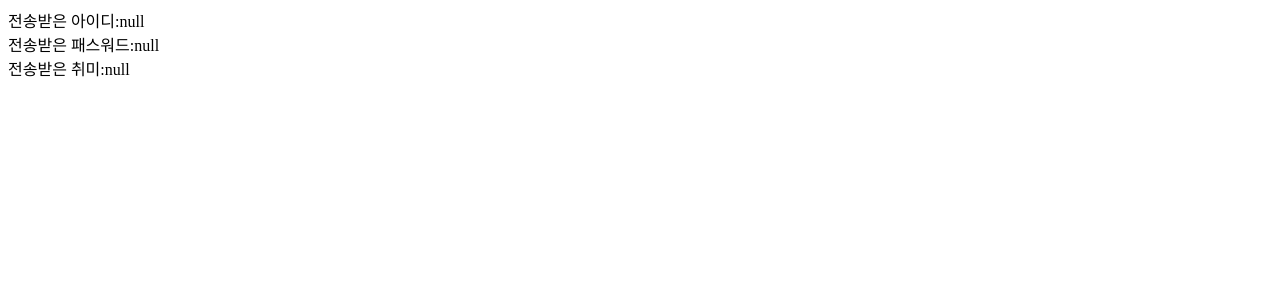
Repository: djdh94/jsp_practice
Page: http://localhost/JSPBasic/jspObject/1.requests/req_param_getpost.jsp
An editor plug-in stored every save of this project. The page is shown before and after the next save, followed by the edit.
The browser window is 1280 px wide. The pictures show the whole page.
The page is served by Tomcat 9.

Above is the page before, as saved 2022-02-03 09:03:22.

After the next save:
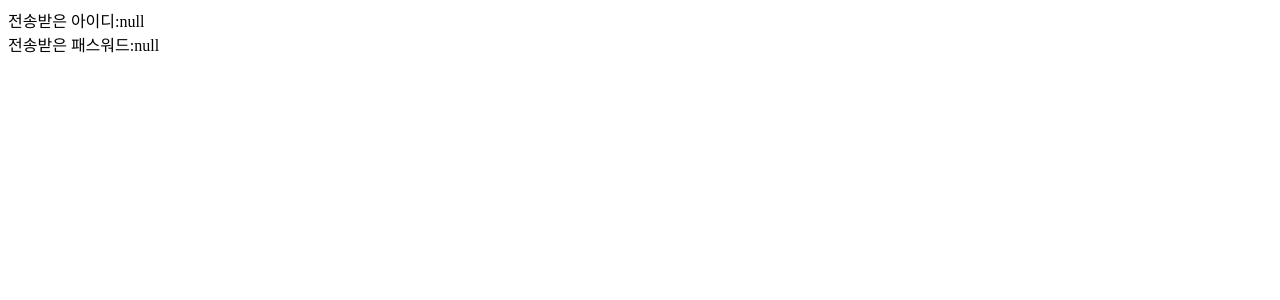
Saved 7 min 3 s later.
--- a/JSPBasic/src/main/webapp/jspObject/1.requests/req_param_getpost.jsp
+++ b/JSPBasic/src/main/webapp/jspObject/1.requests/req_param_getpost.jsp
@@ -1,4 +1,3 @@
-<%@page import="java.util.*"%>
 <%@ page language="java" contentType="text/html; charset=UTF-8"
     pageEncoding="UTF-8"%>
     <%
@@ -7,7 +6,6 @@
     // name "banana"에 딸려온 데이터를 변수 pw에 저장후 body에 출력하기
     String pw = request.getParameter("banana");
 
-    String[] hobby = request.getParameterValues("hobby");
     %>
 
 <!DOCTYPE html>
@@ -20,7 +18,7 @@
 
 	전송받은 아이디:<%=id %><br/>
 	전송받은 패스워드:<%=pw %><br/>
-	전송받은 취미:<%=Arrays.toString(hobby) %>
+
 
 </body>
 </html>
